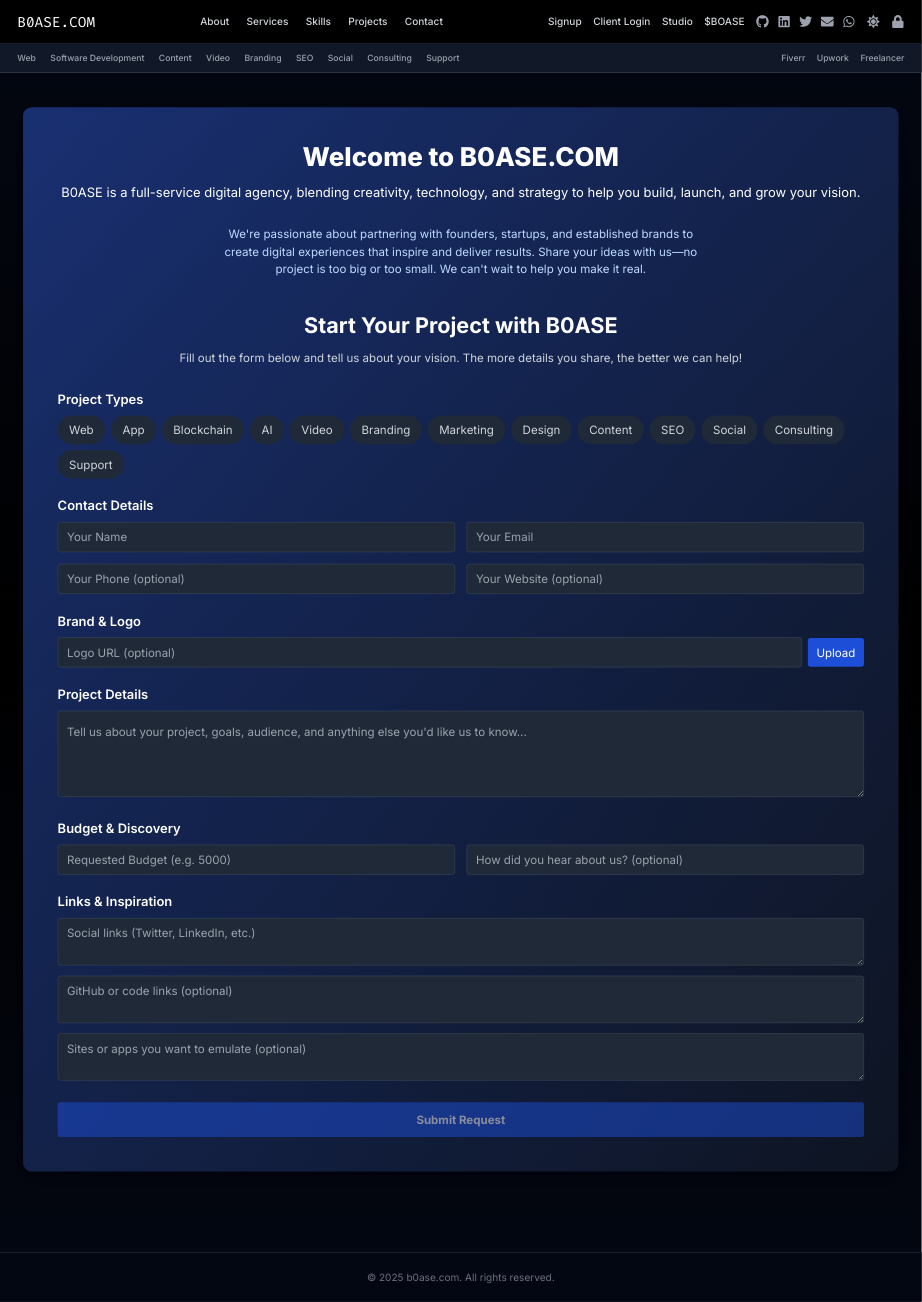
Repository: b0ase/rafskitchen
Page: /signup
An editor plug-in stored every save of this project. The page is shown before and after the next save, followed by the edit.
The browser window is 1280 px wide. The pictures show the whole page, at 72% of full size.
The page's requests for data from a server got no answer. The project was rebuilt for these pictures with package versions that can differ from the ones it lists, and the page was loaded fresh each time. The framework's server and built-in components were replaced by stand-ins that run in the browser. No one was signed in, and anything a server would have sent is missing. Also part of the build but not shown: next.config.js.

Above is the page before, as saved 2025-05-04 11:12:15.

### app/layout.tsx
import type { Metadata } from "next";
// Import both Inter and Fira_Code
import { Inter, Fira_Code } from "next/font/google";
import "./globals.css";
import Header from "./components/Header";
import Footer from "./components/Footer";
// Import new nav components
import ServicesNavigation from "./components/ServicesNavigation";
// Import ThemeProvider
import { ThemeProvider } from "./context/ThemeContext";

// Configure Inter (for default body text)
const inter = Inter({
  subsets: ["latin"],
  display: 'swap',
  variable: '--font-inter', // Variable for Inter
});

// Configure Fira_Code (for specific elements)
const fira_code = Fira_Code({
  subsets: ["latin"],
  display: 'swap',
  variable: '--font-fira-code', // Variable for Fira Code
});

export const metadata: Metadata = {
  title: "B0ASE.COM | Digital Agency",
  description: "B0ASE.COM - Digital Agency specializing in Web Development, Blockchain, Content, Video, and Social Media.",
  openGraph: {
    title: "B0ASE.COM | Digital Agency",
    description: "B0ASE.COM - Digital Agency specializing in Web Development, Blockchain, Content, Video, and Social Media.",
    images: [
      {
        url: "/BoaseLogo.jpg",
        width: 1200,
        height: 630,
        alt: "B0ASE Logo",
      },
    ],
    type: "website",
    siteName: "B0ASE.COM",
  },
  twitter: {
    card: "summary_large_image",
    title: "B0ASE.COM | Digital Agency",
    description: "B0ASE.COM - Digital Agency specializing in Web Development, Blockchain, Content, Video, and Social Media.",
    images: ["/BoaseLogo.jpg"],
  },
};

export default function RootLayout({
  children,
}: {
  children: React.ReactNode;
}) {
  return (
    <html lang="en" suppressHydrationWarning className={`${inter.variable} ${fira_code.variable}`}>
      <head>
        <script
          dangerouslySetInnerHTML={{
            __html: `
              (function() {
                function getInitialTheme() {
                  try {
                    const storedTheme = window.localStorage.getItem('theme');
                    if (storedTheme) return storedTheme;
                    return window.matchMedia('(prefers-color-scheme: dark)').matches ? 'dark' : 'light';
                  } catch (e) {
                    // If localStorage is unavailable (e.g., cookies disabled or SSR)
                    return 'light'; // Default to light theme
                  }
                }
                const theme = getInitialTheme();
                if (theme === 'dark') {
                  document.documentElement.classList.add('dark');
                }
              })();
            `,
          }}
        />
        {/* Other head elements like meta tags will be injected by Next.js here */}
      </head>
      {/* Apply default font (Inter) via font-sans class */}
      <body className={`font-sans`}>
        <ThemeProvider>
          {/* Header and Footer MUST be outside ThemeProvider or siblings to {children} to wrap content */}
          <Header />
          <ServicesNavigation />
          <div className="flex flex-col min-h-screen"> {/* Optional wrapper for main content flex */}
            <main className="flex-grow">
              {children}
            </main>
          </div>
          <Footer />
        </ThemeProvider>
      </body>
    </html>
  );
}

### app/signup/page.tsx
import ClientSignupForm from "../components/ClientSignupForm";

export default function SignupPage() {
  return (
    <div className="w-full max-w-none mx-auto my-12 px-2 md:px-8">
      <section className="w-full bg-gradient-to-br from-blue-900/80 to-gray-900/80 rounded-xl shadow-lg p-4 md:p-12 text-white">
        <div className="text-center mb-12">
          <h1 className="text-4xl font-extrabold mb-4">Welcome to B0ASE.COM</h1>
          <p className="text-lg mb-8">B0ASE is a full-service digital agency, blending creativity, technology, and strategy to help you build, launch, and grow your vision.</p>
          <p className="text-md text-blue-200 max-w-2xl mx-auto">We're passionate about partnering with founders, startups, and established brands to create digital experiences that inspire and deliver results. Share your ideas with us—no project is too big or too small. We can't wait to help you make it real.</p>
        </div>

        <div className="w-full">
          <h2 className="text-3xl font-bold mb-4 text-center">Start Your Project with B0ASE</h2>
          <p className="text-gray-300 text-center mb-8">
            Fill out the form below and tell us about your vision. The more details you share, the better we can help!
          </p>
          <ClientSignupForm />
        </div>
      </section>
    </div>
  );
}

### app/globals.css
@tailwind base;
@tailwind components;
@tailwind utilities;

body {
  /* Base light theme styles */
  @apply bg-white text-gray-900;
}

/* Define dark mode styles using the 'dark' class applied by ThemeContext */
html.dark body {
   @apply bg-gradient-to-b from-gray-950 via-black to-gray-950 text-gray-300;
}

@layer utilities {
  .text-balance {
    text-wrap: balance;
  }
}

@keyframes pulse-slow {
  0%, 100% { opacity: 1; }
  50% { opacity: 0.4; }
}
.animate-pulse-slow {
  animation: pulse-slow 2.5s cubic-bezier(0.4, 0, 0.6, 1) infinite;
}

### app/components/Header.tsx
'use client';

import Link from 'next/link';
import { useState, useEffect } from 'react';
import { FaGithub, FaLinkedin, FaEnvelope, FaWhatsapp, FaTwitter, FaBars, FaTimes, FaLock } from 'react-icons/fa';
import ThemeToggle from './ThemeToggle';
import { portfolioData } from '@/lib/data';

export default function Header() {
  const [isMobileMenuOpen, setIsMobileMenuOpen] = useState(false);
  const [backendConnected, setBackendConnected] = useState(false);

  // Check backend connection on mount
  useEffect(() => {
    async function checkConnection() {
      try {
        const res = await fetch('/api/clients', { method: 'GET' });
        setBackendConnected(res.ok);
      } catch {
        setBackendConnected(false);
      }
    }
    checkConnection();
  }, []);

  const sectionLinks = [
    { name: 'About', href: '#about' },
    { name: 'Services', href: '#services' },
    { name: 'Skills', href: '#skills' },
    { name: 'Projects', href: '#projects' }, // Combined Projects/Development
    { name: 'Contact', href: '#contact' },
  ];

  const utilityLinks = [
    { name: 'Signup', href: '/signup' },
    { name: 'Client Login', href: '/login' },
    { name: 'Studio', href: '/studio' },
    { name: '$BOASE', href: '/token' },
  ];

  const socialLinks = [
    { Icon: FaGithub, href: 'https://github.com/richardboase' },
    { Icon: FaLinkedin, href: 'https://linkedin.com/in/richardboase' },
    { Icon: FaTwitter, href: 'https://x.com/richardboase' },
    // { Icon: FaYoutube, href: 'https://youtube.com' }, // Example
    { Icon: FaEnvelope, href: 'mailto:richard@b0ase.com' },
    { Icon: FaWhatsapp, href: 'https://wa.me/yourphonenumber' }, // Replace with actual number
  ];

  const toggleMobileMenu = () => {
    setIsMobileMenuOpen(!isMobileMenuOpen);
  };

  // Close menu when a link is clicked (optional, good UX)
  const handleMobileLinkClick = () => {
    setIsMobileMenuOpen(false);
  };

  return (
    <header className="sticky top-0 z-40 w-full bg-white dark:bg-black border-b border-gray-200 dark:border-gray-800 text-black dark:text-white py-4 shadow-sm px-6">
      <div className="flex items-center justify-between">
        {/* Logo - Ensure white/light text in dark mode */}
        <Link
          href="/"
          className="text-xl text-white hover:text-gray-300 transition-colors font-mono flex items-center gap-2"
          onClick={handleMobileLinkClick}
        >
          B0ASE.COM
        </Link>

        {/* Desktop Navigation Links */}
        <nav className="hidden md:flex items-center space-x-6">
          {sectionLinks.map((link) => (
            <Link key={link.name} href={link.href} className="text-sm font-medium text-gray-300 hover:text-white transition-colors">
              {link.name}
            </Link>
          ))}
        </nav>

        {/* Right side container */}
        <div className="flex items-center space-x-4">
          {/* Desktop Utility Links */}
          <div className="hidden md:flex items-center space-x-4">
            {utilityLinks.map((link) => (
              <span key={link.name} className="flex items-center gap-1">
                <Link href={link.href} className="text-sm font-medium text-gray-300 hover:text-white transition-colors">
                  {link.name}
                </Link>
                {/* Show green dot only next to 'New Clients' if connected */}
                {link.name === 'New Clients' && backendConnected && (
                  <span
                    className="ml-1 w-2.5 h-2.5 rounded-full bg-green-500 animate-pulse-slow border border-green-700"
                    title="Backend connected"
                    aria-label="Backend connected"
                  />
                )}
              </span>
            ))}
          </div>

          {/* Social Icons and Theme Toggle Container */}
          <div className="flex items-center space-x-3">
            {socialLinks.map((link, index) => (
              <a key={index} href={link.href} target="_blank" rel="noopener noreferrer" className="text-gray-400 hover:text-white transition-colors">
                <link.Icon size={18} />
              </a>
            ))}
            <ThemeToggle />
            {/* Admin Link (padlock icon) */}
            <Link href="/admin" aria-label="Admin Dashboard" className="text-gray-400 hover:text-blue-400 transition-colors ml-2">
              <FaLock size={18} />
            </Link>
          </div>

          {/* Mobile Menu Button */}
          <div className="md:hidden">
            <button onClick={toggleMobileMenu} aria-label="Toggle menu" className="text-gray-300 hover:text-white focus:outline-none">
              {isMobileMenuOpen ? <FaTimes size={20} /> : <FaBars size={20} />}
            </button>
          </div>
        </div>
      </div>

      {/* Mobile Menu Dropdown - Apply dark class explicitly? Maybe not needed if body handles it */}
      {isMobileMenuOpen && (
        <div className="md:hidden absolute top-full left-0 w-full bg-gray-900 dark:bg-gray-900 border-t border-gray-800 dark:border-gray-800 shadow-lg py-4 px-4">
           {/* Ensure links have dark styles */}
          <nav className="flex flex-col space-y-3 mb-4">
            {sectionLinks.map((link) => (
              <Link key={`mobile-${link.name}`} href={link.href} className="block text-base font-medium text-gray-300 hover:text-white transition-colors" onClick={handleMobileLinkClick}>
                {link.name}
              </Link>
            ))}
            {/* Admin Link (padlock icon) in mobile menu */}
            <Link href="/admin" aria-label="Admin Dashboard" className="block text-base font-medium text-gray-300 hover:text-blue-400 transition-colors mt-2" onClick={handleMobileLinkClick}>
              <span className="inline-flex items-center gap-2"><FaLock size={16} /> Admin</span>
            </Link>
          </nav>
          <div className="border-t border-gray-700 dark:border-gray-700 pt-4 flex flex-col space-y-3">
             {utilityLinks.map((link) => (
              <Link key={`mobile-${link.name}`} href={link.href} className="block text-base font-medium text-gray-300 hover:text-white transition-colors" onClick={handleMobileLinkClick}>
                {link.name}
              </Link>
            ))}
          </div>

          {/* Service Links */}
          <div className="border-t border-gray-200 dark:border-gray-700 pt-4 flex flex-col space-y-3 mb-4">
             <span className="px-1 py-1 text-xs font-semibold text-gray-500 dark:text-gray-400 uppercase">Services</span>
             {portfolioData.services.map((service) => (
                <Link key={`mobile-service-${service.slug}`} href={`/services/${service.slug}`} className="block text-base font-medium text-gray-700 dark:text-gray-300 hover:text-black dark:hover:text-white transition-colors" onClick={handleMobileLinkClick}>
                  {service.title}
                </Link>
             ))}
          </div>
        </div>
      )}
    </header>
  );
}

### app/components/Footer.tsx
'use client';

import React from 'react';

export default function Footer() {
  const currentYear = new Date().getFullYear();

  return (
    <footer className="bg-gray-950 border-t border-gray-800 mt-16 py-6">
      <div className="container mx-auto px-4 text-center text-gray-500 text-sm">
        <p>&copy; {currentYear} b0ase.com. All rights reserved.</p>
        {/* Optional: Add links to privacy policy, terms, etc. */}
      </div>
    </footer>
  );
}

### app/components/ServicesNavigation.tsx
'use client';

import React from 'react';
import Link from 'next/link';
import { portfolioData } from '@/lib/data'; // Using alias path

// Mapping from service slug to short display name
const shortServiceTitles: { [key: string]: string } = {
  "web-development": "Web",
  "content-copywriting": "Content",
  "video-production": "Video",
  "logo-branding": "Branding",
  "photography": "Photo",
  "seo-marketing": "SEO",
  "social-media-management": "Social",
  "technical-consulting": "Consulting",
  "support-maintenance": "Support",
};

export default function ServicesNavigation() {
  const services = portfolioData.services;
  // Extract platform links from portfolioData
  const { fiverr, upwork, freelancer } = portfolioData.about.socials;
  const platformLinks = [
    { name: 'Fiverr', href: fiverr, target: '_blank' },
    { name: 'Upwork', href: upwork, target: '_blank' },
    { name: 'Freelancer', href: freelancer, target: '_blank' },
  ].filter(link => link.href); // Filter out any potentially missing links

  // Estimate header height (py-4 is likely around 68px-76px)
  // const headerHeight = '72px'; // This is no longer used

  return (
    // Hidden on mobile, shown on desktop
    <nav
      className="hidden md:flex sticky top-[60px] z-30 w-full bg-gray-100 dark:bg-gray-900 border-b border-gray-300 dark:border-gray-700 shadow-sm px-6 items-center h-10" // Added items-center and h-10 here
    >
      {/* Wrapper div for justify-between */}
      <div className="flex justify-between items-center w-full">
        {/* Left side: Service links */}
        <div className="flex justify-start items-center space-x-5">
          {services.map((service) => (
            <Link
              key={service.slug}
              href={`/services/${service.slug}`}
              className="text-xs font-medium text-gray-600 dark:text-gray-400 hover:text-black dark:hover:text-white transition-colors whitespace-nowrap"
            >
              {/* Use short title from map, fallback to original title */}
              {shortServiceTitles[service.slug] || service.title}
            </Link>
          ))}
        </div>

        {/* Right side: Platform links */}
        <div className="flex items-center space-x-4">
           {platformLinks.map((link) => (
             <a
                key={link.name}
                href={link.href}
                target={link.target}
                rel="noopener noreferrer"
                className="text-xs font-medium text-gray-600 dark:text-gray-400 hover:text-black dark:hover:text-white transition-colors whitespace-nowrap"
             >
               {link.name}
             </a>
           ))}
        </div>
      </div>
    </nav>
  );
}

### app/context/ThemeContext.tsx
'use client';

import React, { createContext, useState, useEffect, useContext, ReactNode, useCallback } from 'react';

type Theme = 'light' | 'dark';

interface ThemeContextProps {
  theme: Theme;
  toggleTheme: () => void;
  isMounted: boolean; // Add flag to indicate when client-side logic has run
}

const ThemeContext = createContext<ThemeContextProps | undefined>(undefined);

interface ThemeProviderProps {
  children: ReactNode;
}

export const ThemeProvider: React.FC<ThemeProviderProps> = ({ children }) => {
  const [theme, setTheme] = useState<Theme>('dark'); // Default theme
  const [isMounted, setIsMounted] = useState(false); // Track mount status

  // Function to apply theme to the document root
  const applyTheme = useCallback((selectedTheme: Theme) => {
    const root = document.documentElement;
    root.classList.remove('light', 'dark');
    root.classList.add(selectedTheme);
  }, []);

  useEffect(() => {
    setIsMounted(true); // Indicate component has mounted
    let initialTheme: Theme = 'dark'; // Default to dark

    try {
      const storedTheme = localStorage.getItem('theme') as Theme | null;
      const prefersDark = window.matchMedia && window.matchMedia('(prefers-color-scheme: dark)').matches;
      initialTheme = storedTheme || (prefersDark ? 'dark' : 'dark'); // Prefer stored, then system, then default dark
    } catch (e) {
      console.error("Could not access localStorage or window.matchMedia", e);
      // Keep default theme if localStorage/window access fails
    }

    setTheme(initialTheme);
    applyTheme(initialTheme);

  }, [applyTheme]); // Include applyTheme dependency

  const toggleTheme = () => {
    if (!isMounted) return; // Prevent toggle before mount

    setTheme(prevTheme => {
        const newTheme = prevTheme === 'light' ? 'dark' : 'light';
        try {
            localStorage.setItem('theme', newTheme);
        } catch (e) {
            console.error("Could not save theme to localStorage", e);
        }
        applyTheme(newTheme);
        return newTheme;
    });
  };

  // Return provider, pass isMounted state
  return (
    <ThemeContext.Provider value={{ theme, toggleTheme, isMounted }}>
      {children}
    </ThemeContext.Provider>
  );
};

export const useTheme = (): ThemeContextProps => {
  const context = useContext(ThemeContext);
  if (context === undefined) {
    throw new Error('useTheme must be used within a ThemeProvider');
  }
  return context;
};

### app/components/ThemeToggle.tsx
'use client';

import React from 'react';
import { useTheme } from '../context/ThemeContext';
import { FaSun, FaMoon } from 'react-icons/fa';

export default function ThemeToggle() {
  const { theme, toggleTheme, isMounted } = useTheme();

  // Avoid rendering toggle based on initial state before mount
  if (!isMounted) {
    // Render a placeholder or null during server render/hydration
    // to avoid mismatch between server and client initial theme
    return <div className="w-6 h-6"></div>; // Placeholder with same size as button
  }

  return (
    <button
      onClick={toggleTheme}
      className="p-1 rounded-md text-gray-400 hover:text-white hover:bg-gray-700 transition-colors duration-200 focus:outline-none focus:ring-2 focus:ring-offset-2 focus:ring-offset-gray-900 focus:ring-white"
      aria-label={theme === 'light' ? 'Switch to dark mode' : 'Switch to light mode'}
    >
      {theme === 'light' ? <FaMoon size={18} /> : <FaSun size={18} />}
    </button>
  );
}

Loaded but not shown: tailwind.config.js (25 lines, source omitted); lib/data.ts (350 lines, source omitted); app/components/ClientSignupForm.tsx (162 lines, source omitted)

After the next save:
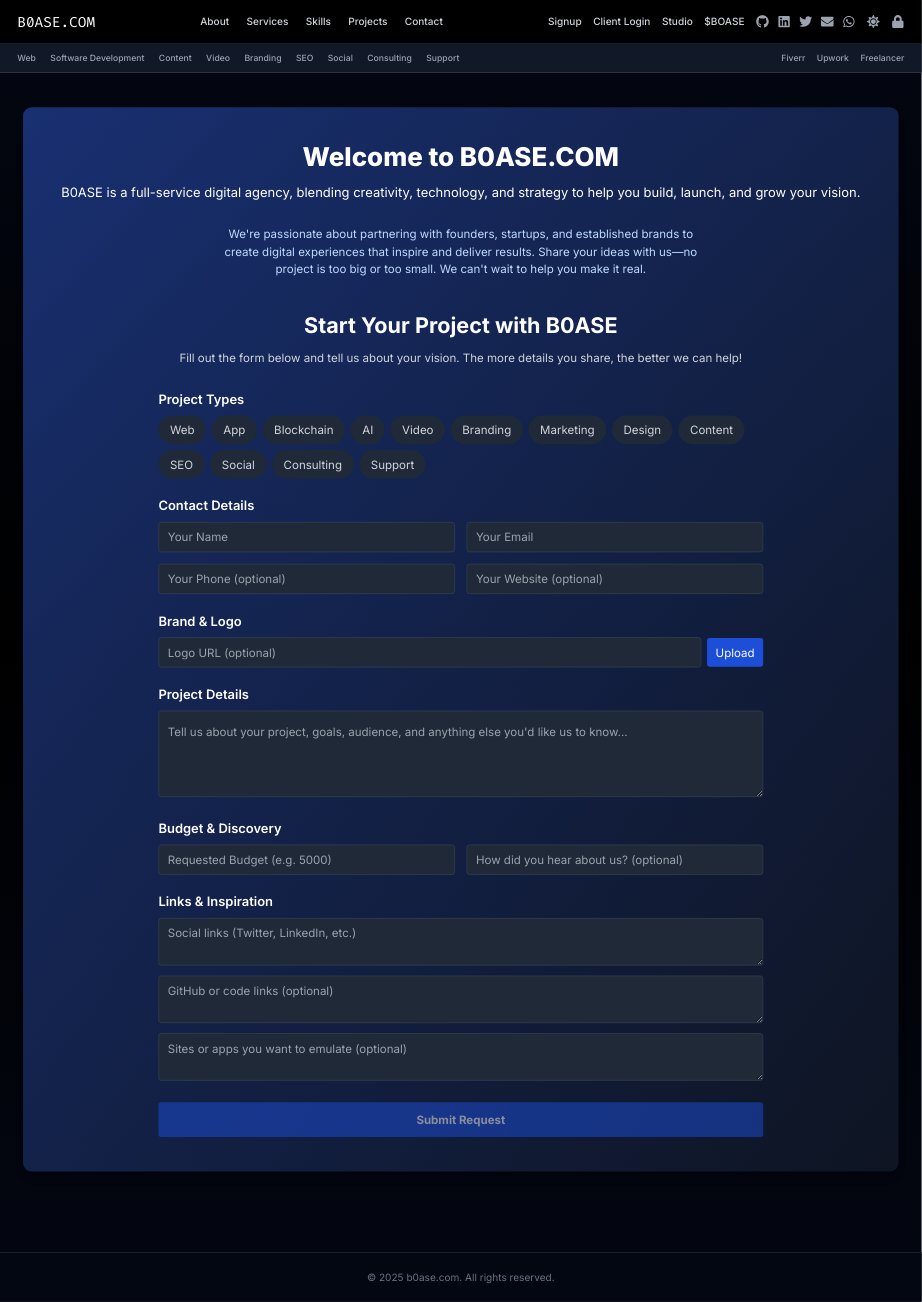
Saved 41 s later.
--- a/app/signup/page.tsx
+++ b/app/signup/page.tsx
@@ -10,7 +10,7 @@
           <p className="text-md text-blue-200 max-w-2xl mx-auto">We're passionate about partnering with founders, startups, and established brands to create digital experiences that inspire and deliver results. Share your ideas with us—no project is too big or too small. We can't wait to help you make it real.</p>
         </div>
 
-        <div className="w-full">
+        <div className="w-3/4 mx-auto">
           <h2 className="text-3xl font-bold mb-4 text-center">Start Your Project with B0ASE</h2>
           <p className="text-gray-300 text-center mb-8">
             Fill out the form below and tell us about your vision. The more details you share, the better we can help!
